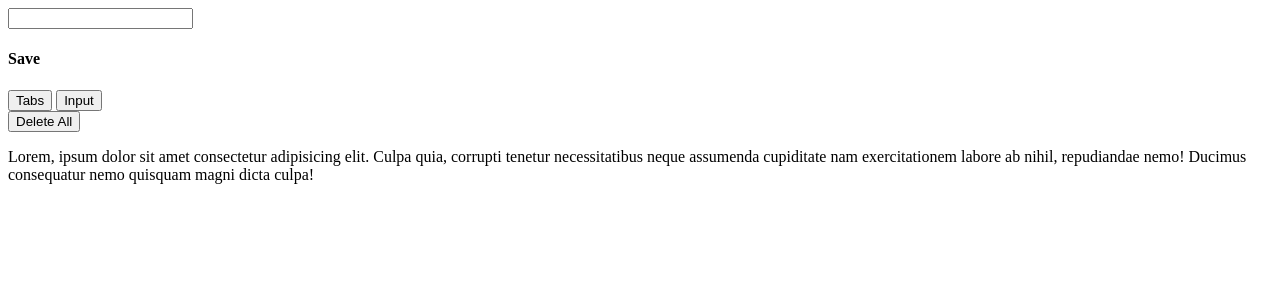
Repository: IdowuMicheal-1/Text-Tab-Organizer
Page: popup.html
The author's editor kept a copy of each file at every save. The page is drawn from the files as they stood at one save, then again after a run of saves.
The browser window is 1280 px wide. The pictures show the whole page.

Above is the page before, as saved 2025-05-14 09:36:25.

After the next 4 saves:
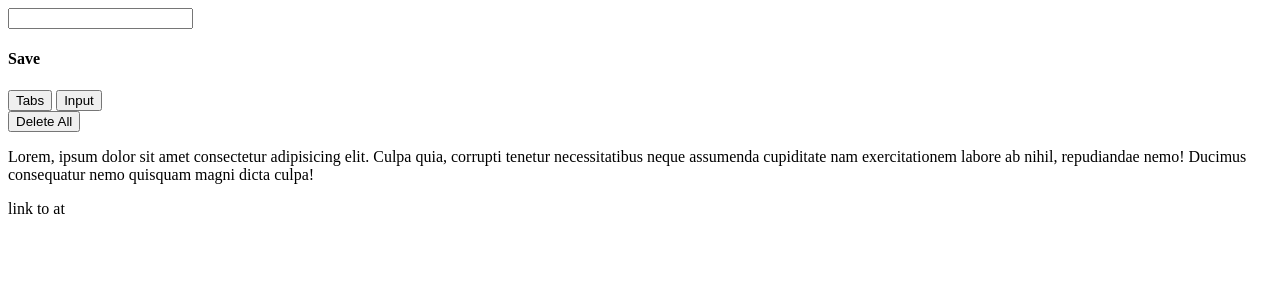
The 4 saves are shown as one change because they came seconds apart.
The last was saved 11 s later.
--- a/popup.html
+++ b/popup.html
@@ -20,7 +20,7 @@
         <div>
 
            <p>Lorem, ipsum dolor sit amet consectetur adipisicing elit. Culpa quia, corrupti tenetur necessitatibus neque assumenda cupiditate nam exercitationem labore ab nihil, repudiandae nemo! Ducimus consequatur nemo quisquam magni dicta culpa!</p>
-           <link to
+           <p>link to at</p>
         </div>
     </div>
     <script src="./popup.js"></script>
